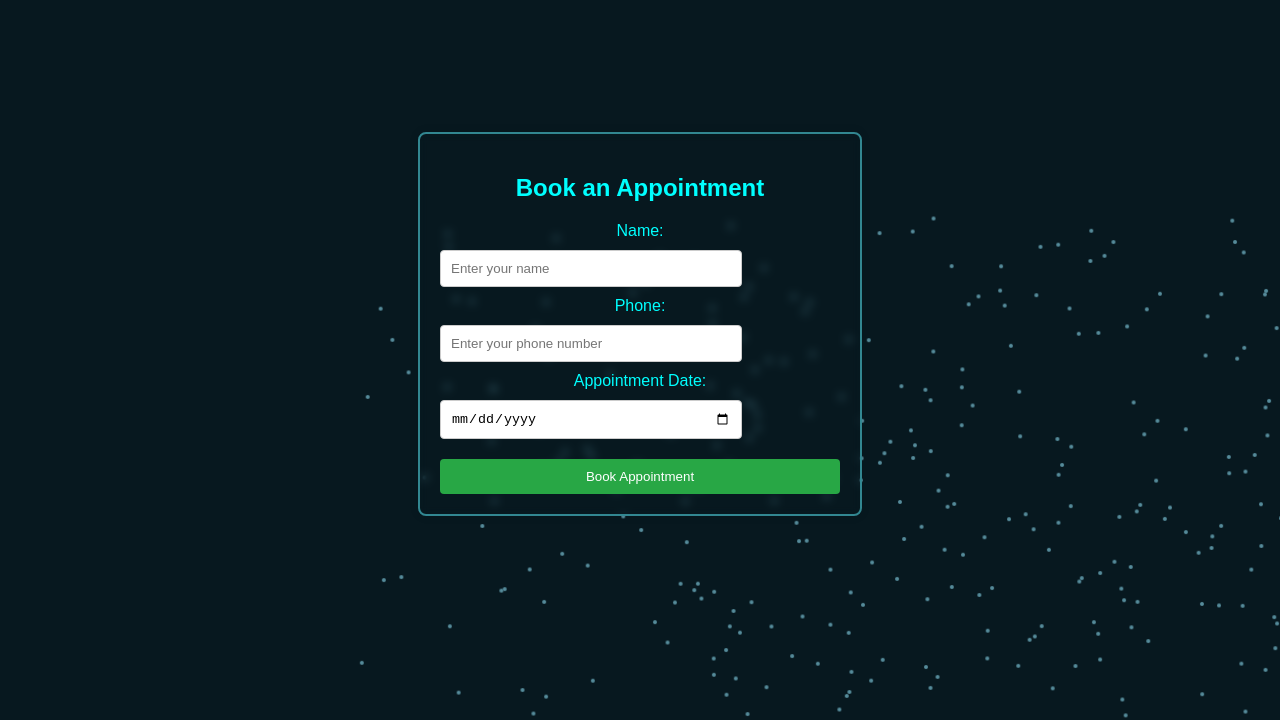
Repository: Anadi-Chauhan/Mentorship-binarybuddy
Page: appointment.html
An editor plug-in stored every save of this project. The page is shown before and after the next save, followed by the edit.
The browser window is 1280 px wide. The pictures show the whole page.

Above is the page before, as saved 2024-10-19 10:41:12.

After the next save:
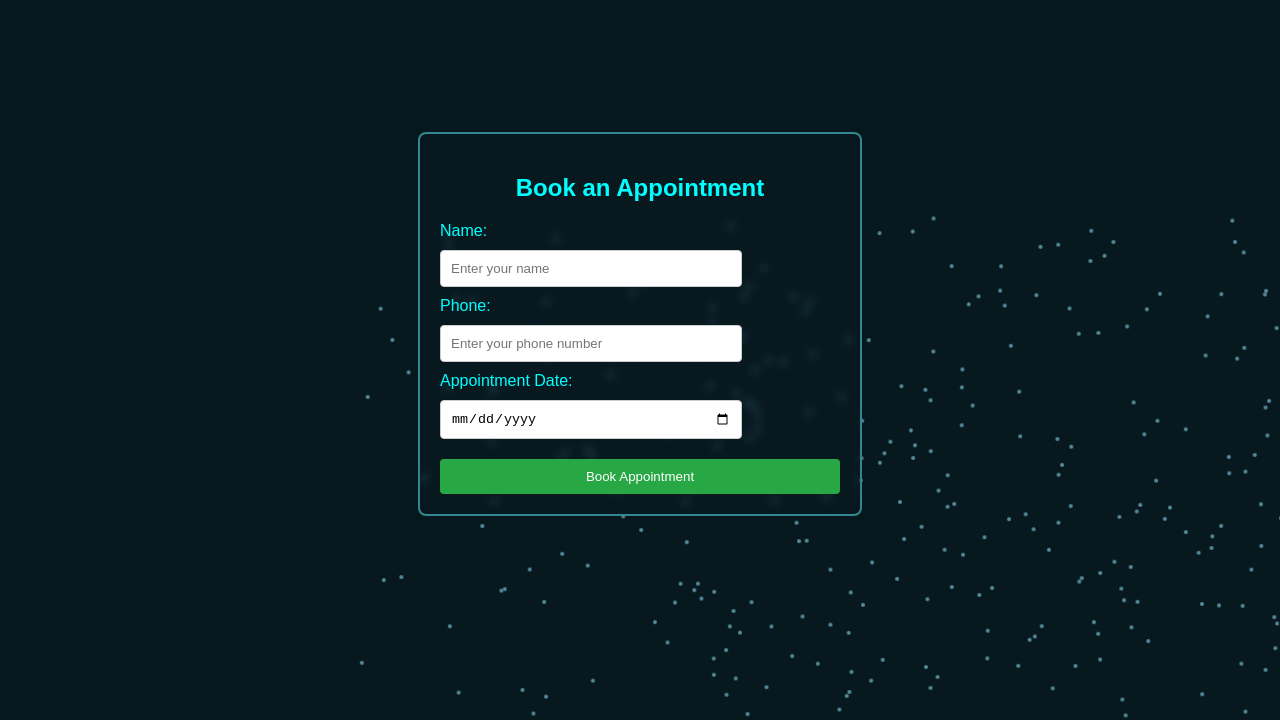
Saved 50 s later.
--- a/appointment.css
+++ b/appointment.css
@@ -26,6 +26,8 @@ h2{
 }
 label{
     color: aqua;
+    display: flex;
+    align-items: flex-start;
 }
 
 form {
